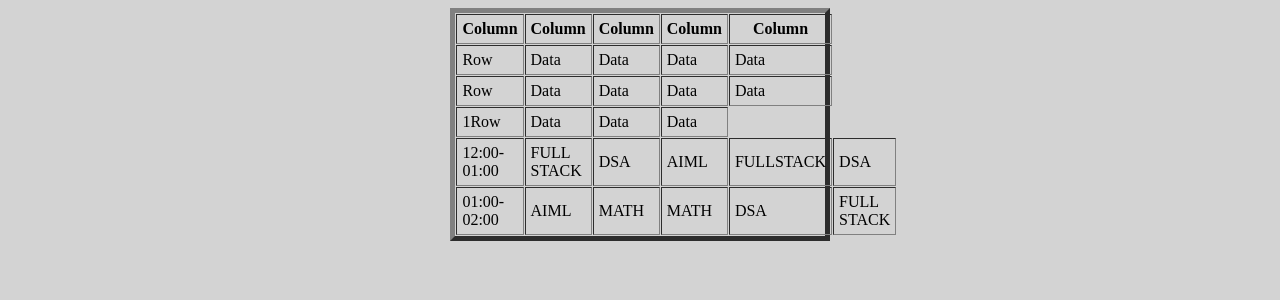
Repository: AdityaTech-Pro/FullStackWithBridgelabz
Page: Assignment2/table/index.html
An editor plug-in stored every save of this project. The page is shown before and after a run of saves, followed by the edit.
The browser window is 1280 px wide. The pictures show the whole page.

Above is the page before, as saved 2025-10-15 08:41:47.

After the next 2 saves:
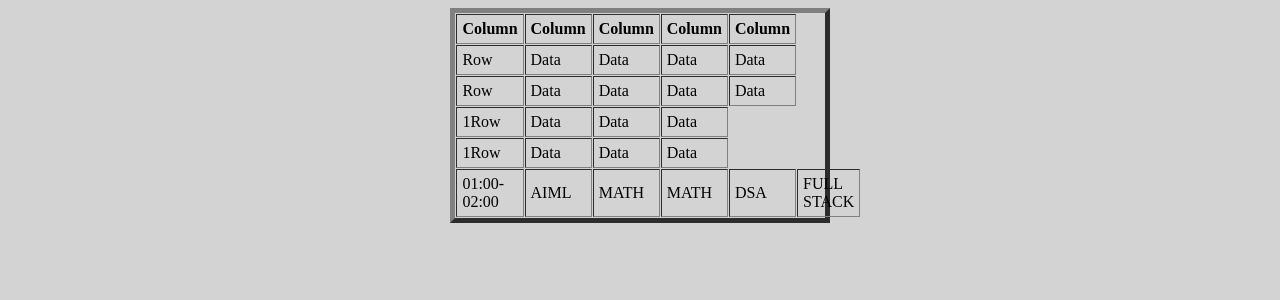
The 2 saves are shown as one change because they came seconds apart.
The last was saved 15 s later.
--- a/Assignment2/table/index.html
+++ b/Assignment2/table/index.html
@@ -58,12 +58,10 @@
             <td>Data</td>
         </tr>
         <tr>
-            <td>12:00-01:00</td>
-            <td>FULL STACK</td>
-            <td>DSA</td>
-            <td>AIML</td>
-            <td>FULLSTACK</td>
-            <td>DSA</td>
+            <td>1Row</td>
+            <td>Data</td>
+            <td>Data</td>
+            <td>Data</td>
         </tr>
         <tr>
             <td>01:00-02:00</td>
